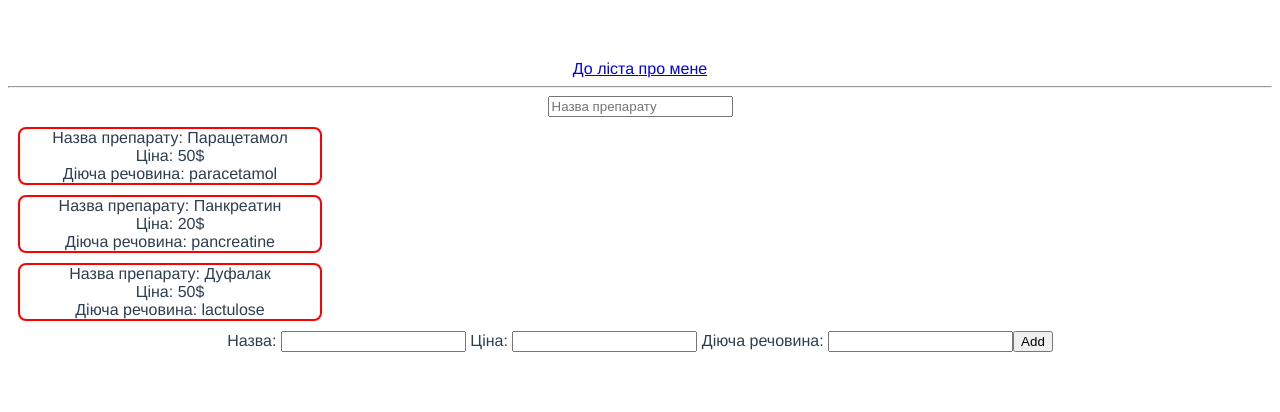
Repository: KYUUBI-K/Labs-from-2-course-
Page: /#/list (app in lab2(pharmacy)/)
The author's editor kept a copy of each file at every save. The page is drawn from the files as they stood at one save, then again after the next save.
The browser window is 1280 px wide. The pictures show the whole page.
The project was rebuilt for these pictures with package versions that can differ from the ones it lists, and the page was loaded fresh each time.

Above is the page before, as saved 2021-12-21 14:32:49.

### lab2(pharmacy)/src/main.js
import Vue from 'vue'
import App from './App.vue'
import store from './state/index'
import VueRouter from 'vue-router';
import router from './router/index'

Vue.use(VueRouter);

Vue.config.productionTip = false

new Vue({
  store,
  router,
  render: (h) => h(App),
}).$mount('#app')

### lab2(pharmacy)/src/App.vue
<template>
  <div id="app">
    <router-link to="/list">До ліста </router-link>
    <router-link to="/AboutMe">про мене </router-link>
    <hr />
    <router-view></router-view>
  </div>
</template>

<script>
export default {
  name: "App",
  components: {},
};
</script>

<style>
#app {
  font-family: Avenir, Helvetica, Arial, sans-serif;
  -webkit-font-smoothing: antialiased;
  -moz-osx-font-smoothing: grayscale;
  text-align: center;
  color: #2c3e50;
  margin-top: 60px;
}
</style>

### lab2(pharmacy)/src/state/index.js
import Vue from 'vue'
import Vuex from 'vuex'
import { v4 as uuidv4 } from 'uuid'
Vue.use(Vuex)

const store = new Vuex.Store({
  state: {
    search:"",
    taskList:[
        {
          id:1, title:'Парацетамол', price:'50', active_substance:'paracetamol',
        },
        {
            id:2, title:'Панкреатин', price:'20', active_substance:'pancreatine',

        },
        {
            id:3, title:'Дуфалак', price:'50', active_substance:'lactulose',

        }
    ]
  },
  getters:{
      getTaskList:(state)=>state.taskList
  },
  mutations:{
    addNewTask(state, dataObj) {
      state.taskList.push({
        id: uuidv4(),
        ...dataObj,
      })
    },
    deleteTask(state,dataobj){
        state.taskList.splice(dataobj.id,1)
    }
  },
  actions:{
    addTask({ commit }, data) {
      commit('addNewTask', data)
    },
    delete({commit},data){
        commit('deleteTask',data)
    }
  }

})

export default store

### lab2(pharmacy)/src/router/index.js
import Vue from 'vue';
import VueRouter from 'vue-router';
import Tasklist from '../components/Tasklist'
Vue.use(VueRouter);

export const router = new VueRouter({
    routes:[
    {
        path:'/list',
        component:Tasklist,
        name:'list',
    }
    ]

});
export default router

### lab2(pharmacy)/src/components/Tasklist/index.vue
<template>
  <div>
    <div>
      <input type="search" v-model="search" placeholder="Назва препарату" />
    </div>
    <task-item v-for="task in filterTask" :key="task.id" :task="task" />
    <div>
      <add-new-task />
    </div>
  </div>
</template>

<script>
import TaskItem from "./Taskitem";
import AddNewTask from "@/components/AddNewTask";

import { mapGetters } from "vuex";
export default {
  data() {
    return {
      search: "",
    };
  },
  name: "TaskList",
  components: {
    TaskItem,
    AddNewTask,
  },
  computed: {
    ...mapGetters(["getTaskList"]),
    filterTask() {
      let list = [...this.getTaskList];
      if (this.search) {
        list = list.filter((item) => {
          return item.title.indexOf(this.search) > -1;
        });
      }
      return list;
    },
  },
};
</script>

<style lang="scss" scoped>
</style>

### lab2(pharmacy)/src/components/Tasklist/Taskitem/index.vue
<template>
  <div class="task">
    <div>Назва препарату: {{ task.title }}</div>
    <div>Ціна: {{ task.price }}$</div>
    <div>Діюча речовина: {{ task.active_substance }}</div>
  </div>
</template>

<script>
export default {
  name: "Taskitem",
  props: {
    task: {
      type: Object,
      default: () => ({}),
    },
  },
};
</script>

<style lang="css" scoped>
.task {
  width: 300px;
  border: 2px solid red;
  border-radius: 8px;
  margin: 10px;
}
</style>

### lab2(pharmacy)/src/components/AddNewTask/index.vue
<template>
  <div>
    <div>
      <label>
        Назва:
        <input type="text" v-model="title" />
      </label>
      <label>
        Ціна:
        <input type="text" v-model.number="price" />
      </label>
      <label>
        Діюча речовина:
        <input type="number" v-model.number="active_substance" />
      </label>
      <button @click="onAdd">Add</button>
    </div>
  </div>
</template>

<script>
//1. Імпортуємо mapActions
import { mapActions } from "vuex";
export default {
  name: "AddNewTask",

  data() {
    return {
      title: null,
      price: null,
      active_substance: null,
    };
  },

  methods: {
    ...mapActions(["addTask"]),
    onAdd() {
      this.addTask({
        title: this.title,
        price: this.price,
        active_substance: this.active_substance,
      });
    },
  },
};
</script>

<style lang="scss" scoped>
</style>

Loaded but not shown: lab2(pharmacy)/public/index.html (common file)

After the next save:
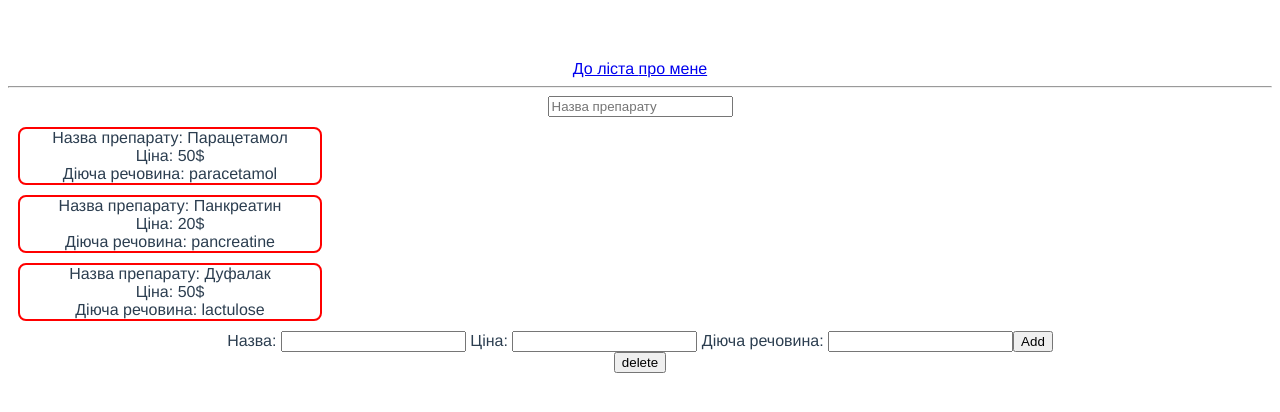
Saved 6 min 44 s later.
--- a/lab2(pharmacy)/src/components/AddNewTask/index.vue
+++ b/lab2(pharmacy)/src/components/AddNewTask/index.vue
@@ -14,6 +14,9 @@
         <input type="number" v-model.number="active_substance" />
       </label>
       <button @click="onAdd">Add</button>
+    </div>
+    <div>
+      <button @click="deletetask">delete</button>
     </div>
   </div>
 </template>
@@ -33,12 +36,17 @@ export default {
   },
 
   methods: {
-    ...mapActions(["addTask"]),
+    ...mapActions(["addTask", "delete"]),
     onAdd() {
       this.addTask({
         title: this.title,
         price: this.price,
         active_substance: this.active_substance,
+      });
+    },
+    deletetask() {
+      this.delete({
+        id: this.id,
       });
     },
   },
